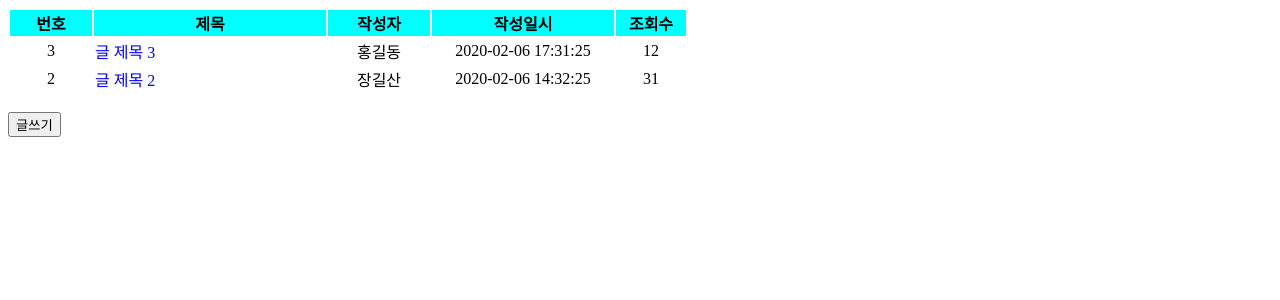
Repository: kdh2212/KDT_code
Page: http://localhost/20250807Web/boardList.jsp
An editor plug-in stored every save of this project. The page is shown before and after the next save, followed by the edit.
The browser window is 1280 px wide. The pictures show the whole page.
The page is served by Tomcat 9. The database holds what the project's SQL file puts in it. Queries for data that is not in the repository find no rows.

Above is the page before, as saved 2025-08-07 06:13:50.

After the next save:
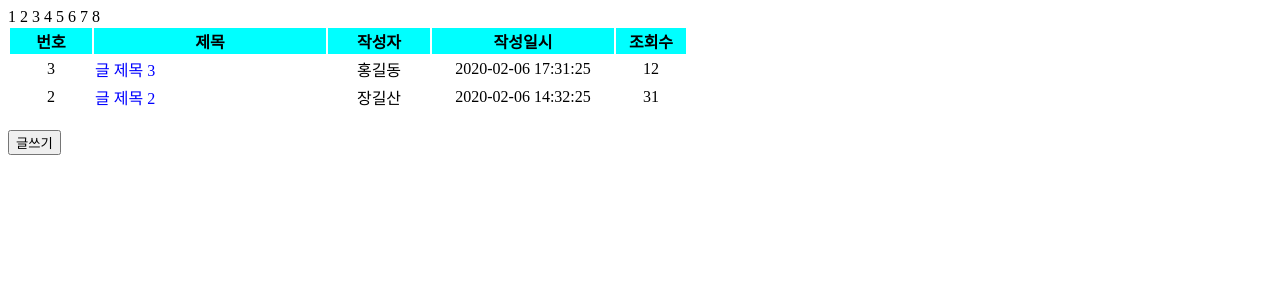
Saved 28 s later.
--- a/20250807Web/src/main/webapp/boardList.jsp
+++ b/20250807Web/src/main/webapp/boardList.jsp
@@ -28,11 +28,11 @@
 ResultSet rs = null;
 try {
     Class.forName("com.mysql.cj.jdbc.Driver");
-    conn = DriverManager.getConnection("jdbc:mysql://localhost:3306/mydb", "username", "password");
+    conn = DriverManager.getConnection("jdbc:mysql://localhost:3306/du08", "root", "1234");
     stmt = conn.createStatement();
-    rs = stmt.executeQuery("SELECT * FROM mytable");
+    rs = stmt.executeQuery("SELECT * FROM board");
     while (rs.next()) {
-        out.println(rs.getString("columnname"));
+        out.println(rs.getString("num"));
     }
 } catch (SQLException e) {
     out.println("데이터베이스 오류: " + e.getMessage());
